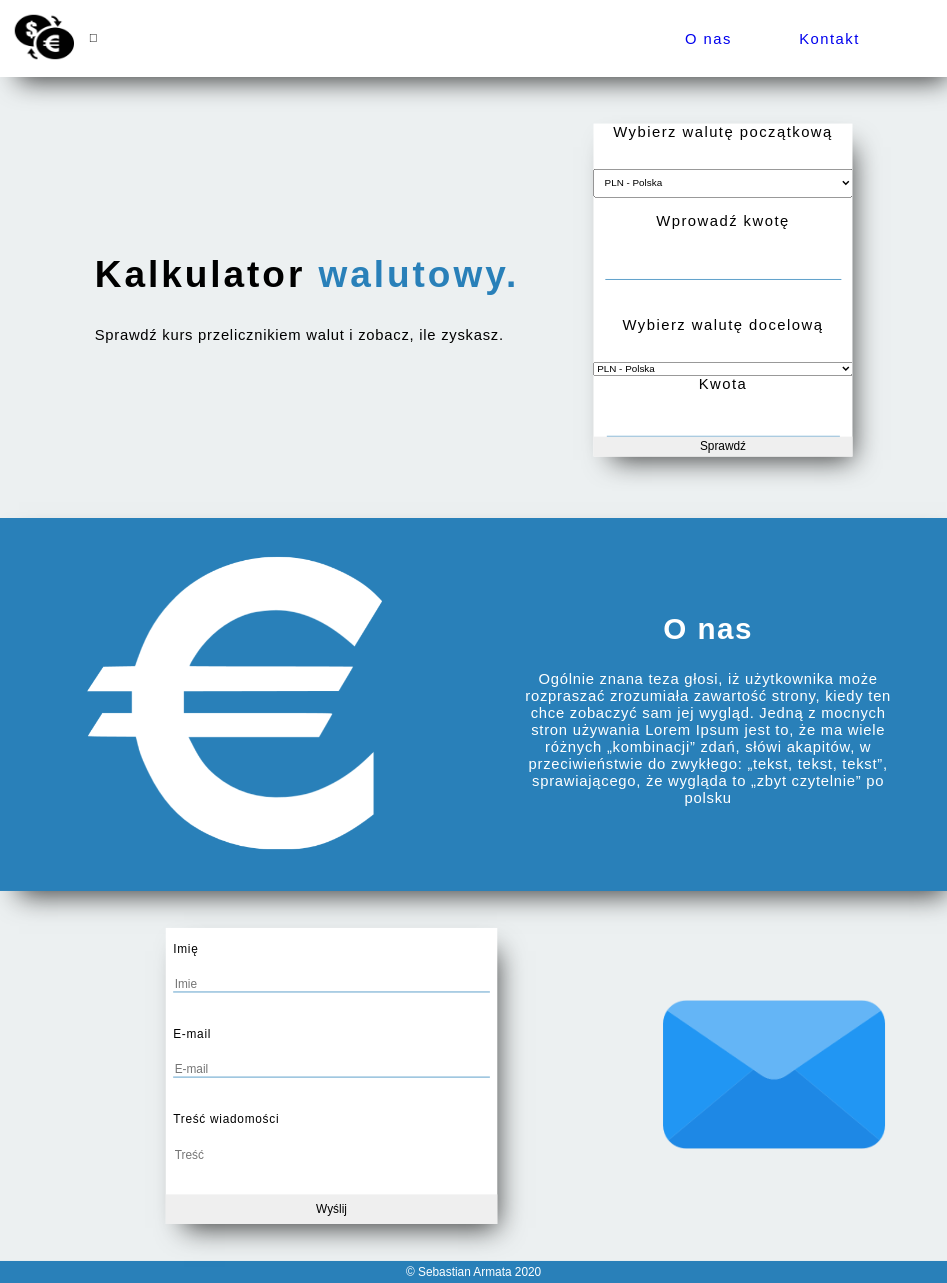
Repository: SebastianArmata22/Kalkulator-walut
Page: index.html
An editor plug-in stored every save of this project. The page is shown before and after the next save, followed by the edit.
The browser window is 1280 px wide. The pictures show the whole page, at 74% of full size.
Some web libraries are served in a nearby version.

Above is the page before, as saved 2020-11-21 16:49:01.

### index.html
<!DOCTYPE html>

<html>
    <head>
        <meta charset="utf-8">
        <meta http-equiv="X-UA-Compatible" content="IE=edge">
        <title>Kalkulator walut</title>
        <meta name="description" content="">
        <meta name="viewport" content="width=device-width, initial-scale=1">
        <link rel="stylesheet" href="style.css">
        <link rel="stylesheet" href="https://cdnjs.cloudflare.com/ajax/libs/font-awesome/4.7.0/css/font-awesome.min.css">
        <script src="https://kit.fontawesome.com/1e3e93b5d4.js" crossorigin="anonymous"></script>
    </head>
    <body>

    <div class="container">
        <nav>
        <div class="menu-container">
            <div class="logo">
                <a href="#"><img src="./photos/logo.png"></a>
            </div>
            <i  class="fas fa-bars hamburger " onclick="showMenu()"></i>
            <div class="menu" id="menu">
                <ul>
                    <li id="qw" class="list"><a href="#about-us">O nas</a></li>
                    <li class="list"><a href="#contact">Kontakt</a></li>
                </ul>
            </div>
        </div>
        </nav>
        <section>
        <div class="main-content">
            <div class="calculator-content">
            <div class="text">
                <h1>Kalkulator <span>walutowy.</span></h1>
                <p>Sprawdź kurs przelicznikiem walut i zobacz, ile zyskasz.</p>
            </div>
            <div class="calculator ">
                <label for="inputNumber" class="text-label">Wybierz walutę początkową</label><br>
                <select name="list-currency" id="initialCurrency" class="list-currency">
                    <option value="PLN">PLN - Polska </option>
                    <option value="EUR">EUR - Unia Europejska</option>
                    <option value="GBP">GBP - W. Brytania</option>
                    <option value="CHF">CHF - Szwajcaria</option>
                    <option value="CZK">CZK - Czechy</option>
                  </select>
                <label for="inputNumber" class="text-label">Wprowadź kwotę</label><br>
                <input type="text" id="inputNumber">
                <label for="inputNumber" class="text-label">Wybierz walutę docelową</label><br>
                <select name="list-currency" id="targetCurrency">
                    <option value="PLN">PLN - Polska </option>
                    <option value="EUR">EUR - Unia Europejska</option>
                    <option value="GBP">GBP - W. Brytania</option>
                    <option value="CHF">CHF - Szwajcaria</option>
                    <option value="CZK">CZK - Czechy</option>
                  </select>
                <label for="outputNumber" class="text-label"> Kwota</label><br>
                <div id="outputNumber"></div>
                <button id="check" onclick="getData()">Sprawdź</button>
            </div>
        </div>
        <div class="about-us" id="about-us">
            <div class="photo-euro">
                <img src="./photos/euro-512.png">
            </div>
            <div class="abous-us-contact">
                <h1>O  nas</h1>
                <p>Ogólnie  znana  teza  głosi,  iż  użytkownika  może  rozpraszać  zrozumiała
                    zawartość  strony, kiedy ten chce zobaczyć sam jej wygląd.
                    Jedną z mocnych stron używania Lorem Ipsum jest to, że ma wiele różnych
                     „kombinacji” zdań, słówi akapitów, w przeciwieństwie do zwykłego: „tekst,
                        tekst,   tekst”,   sprawiającego,   że   wygląda   to   „zbyt   czytelnie”
                           po   polsku</p>
            </div>
        </div>
        </section>
        <div class="contact" id="contact">
            <div class="contact-form-container">
            <form class="contact-form" action="https://formspree.io/f/xqkgbkbb" method="POST">
                <label for="">Imię</label><br />
                <input class="name" type="text" placeholder="Imie" name="name"><br />
                <label for="">E-mail</label><br />
                <input class="email" type="email" placeholder="E-mail" name="_replyto"><br />
                <label for="">Treść wiadomości</label><br />
                <textarea class="text-area" name="message" placeholder="Treść"></textarea>
                <button class="">Wyślij</button>

            </form>
        </div>
            <div class="contact-img">
                <img src="./photos/email.png">
            </div>
        </div>
    </div>
    <footer>
        <div class="footer">
            <p>© Sebastian Armata 2020</p>
        </div>
    </footer>
    </div>
        <script src="script.js" ></script>
    </body>
</html>

### style.css
* {
    font-family: 'Robot', sans-serif !important;
}

h1 {
    font-weight: 800;
    font-size: 40px;
}

body{
    margin: 0;
    padding: 0;
    box-sizing: border-box;
}
.container{
    width: 100%;
}
.menu-container{
    position: relative;
    display: flex;
    align-items: center;
    box-shadow: 12px 18px 35px -13px rgba(0,0,0,0.75);
}
.logo img{
    position: relative;
    top: 0;
    left: 0;
    height: 60px;
    width: 80px;
    padding: 20px;
}
.menu{

    position: absolute;
    right: 0;
   margin-right: 50px;
}
.menu ul li{
    display: inline-flex;
    justify-content: space-around;
}

.menu ul li a{
    display: flex;
    text-decoration: none;
    height: 50px;
    width: 100px;
    align-items: center;
    font-size: 20px;
    letter-spacing: 2px;
    margin-right: 50px;
}

.menu ul li a:hover{
    border-bottom: 5px solid #2980b9;
    margin-bottom: -5px;
    transition: all 0.3s ease-out;

}
.hamburger{
    display: none;
}
.main-content{
    display: flex;
    align-items: center;
    justify-content: center;
    flex-wrap: wrap;
    background-color:#ecf0f1 ;
}
.calculator-content{
    width: 80%;
    min-height: 80vh;
    display: flex;
    align-items: center;
    justify-content:space-between;
}
.calculator{
    display: flex;
    flex-direction: column;
    box-shadow: 12px 18px 35px -13px rgba(0,0,0,0.75);
    height: 450px;
    width: 350px;
    text-align: center;
    background-color: white;
}
.text h1{
    font-size: 50px;
    letter-spacing: 4px;
    flex-wrap: wrap;
}
.text p{
    font-size: 20px;
    letter-spacing: 1px;
    flex-wrap: wrap;


}
#outputNumber{
    width: 90%;
    height: 30px;
    border-bottom: 1px solid #2980b9;
    margin: auto;
    margin-top: 0;

}
.calculator button{
    height: 40px;
    border-style: none;
    font-size: 16px;
}
.calculator button:hover{
    background-color: #2980b9;
    color: white;
    transition: all 0.3s ease-out;
    cursor: pointer ;
}
.calculator input[type=text]{
    border-style: none;
    height: 40px;
    border-bottom: 1px solid #2980b9;
    width: 90%;
    margin: auto;
    margin-top: 0px;
    margin-bottom: 50px;
}
.text-label{
    margin-bottom: 20px;
    font-size: 20px;
    letter-spacing: 2px;
}
.list-currency{
    margin-bottom: 20px;
    padding: 10px;
}

.text span{
    color: #2980b9;
}
.about-us{
    display: flex;
    justify-content: space-around;
    align-items: center;
    margin-top: 20px;
    text-align: center;
    background-color: #2980b9;
    box-shadow: 12px 18px 35px -13px rgba(0,0,0,0.75);
    flex-wrap: wrap;
}
.about-us img{
    height: 400px;
}
.abous-us-contact{
    width: 40%;
}
.abous-us-contact h1{
    letter-spacing: 2px;
    font-size: 40px;
    color: white;
}
.abous-us-contact p{
    font-size: 20px;
    letter-spacing: 1px;
    color: white;

}
.photo-euro{
    padding: 50px;
}
.contact{
    display: flex;
    align-items: center;
    padding: 50px 0 50px 0;
    background-color:#ecf0f1 ;

}
.contact-form{
    display: flex;
    flex-direction: column;
    box-shadow: 12px 18px 35px -13px rgba(0,0,0,0.75);
    width: 50%;
    height: 400px;
    position: relative;
    text-align: left;
    letter-spacing: 1px;
    background-color: white;

}
.contact-form input {
    margin: 10px;
    border-style: none;
    border-bottom: 1px solid #2980b9;
    font-size: 16px;

}
.contact-form textarea
{
    margin: 10px;
    height: 100px;
    border-style: none;
    border-bottom: 1px solid #2980b9;
    font-size: 16px;
    resize: none;
}
.contact-form label {
    margin: 20px 0 0 10px;
}
.contact-form button{
position: absolute;
bottom: 0;
width: 100%;
height: 40px;
border-style: none;
font-size: 16px;
}
.contact-form button:hover{
    background-color: #2980b9;
    color: white;
    transition: all 0.3s ease-out;
    cursor: pointer ;
}

.contact-form-container{
    width: 70%;
    display: flex;
    align-items: center;
    justify-content: center;
}
.contact-img img{
max-width: 300px;

}
.footer{
    display: flex;
    align-items: center;
    justify-content: center;
    background-color: #2980b9;
    color: white;
    height: 30px;
}

.btn{
     color: white;
     background-color: #2980b9 !important;
}

@media only screen and (max-width: 800px){

.menu-container{
        height: 70px;
        justify-content: flex-end;
    }
.logo{
        position: absolute;
        left: 1px;
    }
.calculator-content{
    width: 100%;
    align-items: center;
    justify-content: center;
    flex-wrap: wrap;
}
.text{
    text-align: center;

}
.text h1{
   font-size: 25px;
}
.text p{
    font-size: 16px;
 }
.about-us{
    flex-direction: column;
}
.abous-us-contact{
    width: 90%;
}
.contact-img{

 display: none;
}
.photo-euro img{
    width: 100px;
    height: 100px;

}
.photo-euro{
    padding: 10px;
}
.contact{
    flex-wrap: wrap;
}
.contact-form-container{
    width: 100%;
    flex-direction: column-reverse;
}
.contact-form{
    width: 90%;
}
.menu {
    display: none;
}
.hamburger{
    display: flex;
    justify-content: flex-end;
    margin-right: 20px;
}
.hamburger:hover{
   cursor: pointer;
}
}

.responsive{
    display: block;
}

### script.js
const inputCash= document.getElementById('inputNumber');
const outputCash=document.getElementById('outputNumber');
const initialCurrency=document.getElementById('initialCurrency');
const targetCurrency=document.getElementById('targetCurrency');

let choice;
const euro=4.62;
const dolar=3.93;
const frank=4.31;
choice='euro';

let getStartupCurrency=()=>{
    return `https://api.exchangeratesapi.io/latest?base=${initialCurrency.options[initialCurrency.selectedIndex].value}`;
}
function getData(){
    fetch(getStartupCurrency())
    .then(response => response.json())
    .then(response => {
        let currency=targetCurrency.options[targetCurrency.selectedIndex].value;
        let money;
        if(currency=='PLN')
            money=inputCash.value* response.rates.PLN;
        else if(currency=='EUR')
            money=inputCash.value* response.rates.EUR;
        else if(currency=='GBP')
            money=inputCash.value* response.rates.GBP;
        else if(currency=='CHF')
            money=inputCash.value* response.rates.CHF;
        else if(currency=='CZK')
            money=inputCash.value* response.rates.CZK;

        if(targetCurrency.options[targetCurrency.selectedIndex].value!=initialCurrency.options[initialCurrency.selectedIndex].value)
        outputCash.innerHTML=Math.round(money*100)/100;
        else
        outputCash.innerHTML=inputCash.value;
    })
}

function showMenu()
{
const menu=document.getElementsByClassName("list");
}

After the next save:
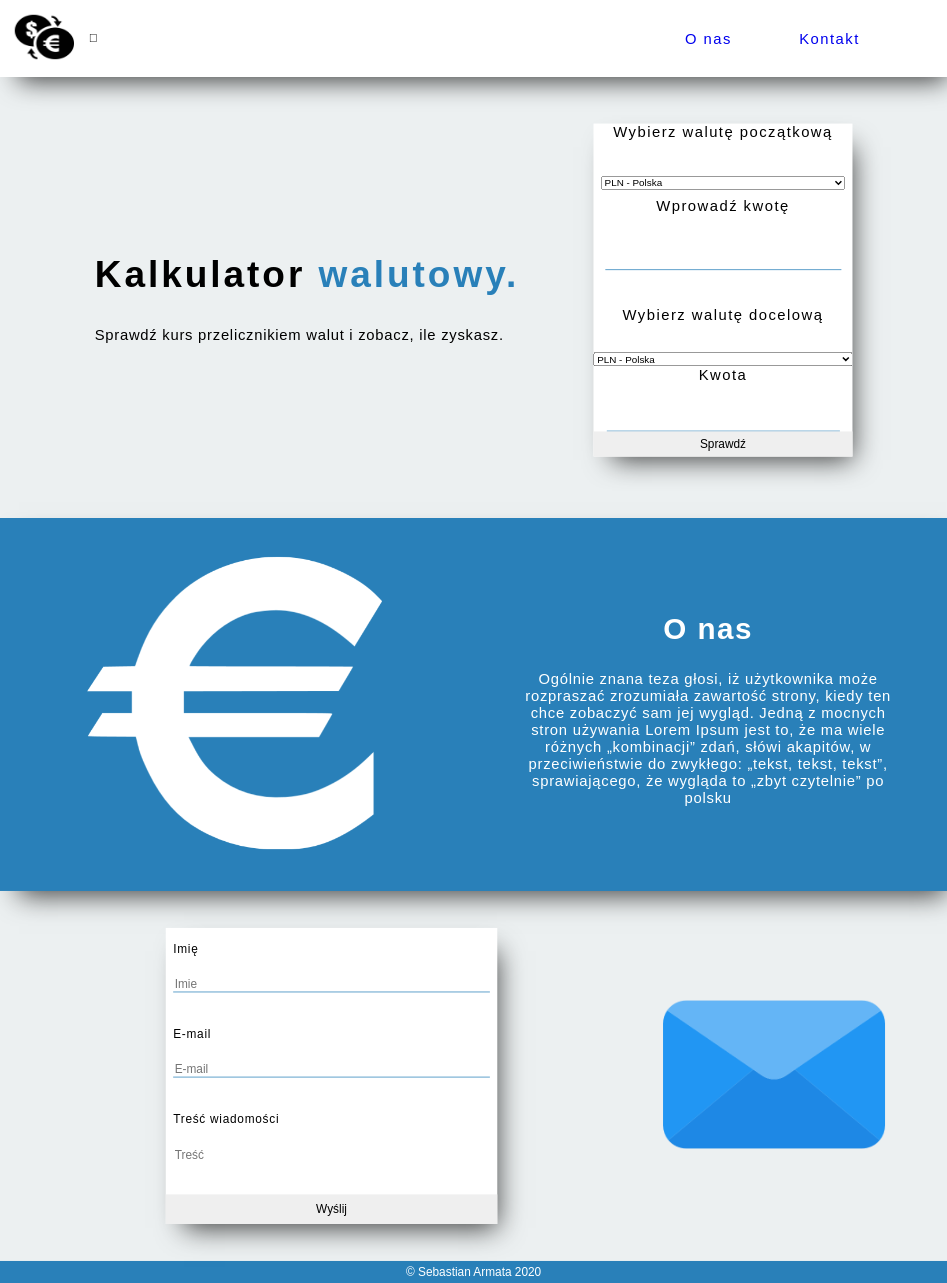
Saved 18 s later.
--- a/style.css
+++ b/style.css
@@ -130,7 +130,7 @@ body{
 }
 .list-currency{
     margin-bottom: 20px;
-    padding: 10px;
+    margin: 10px;
 }
 
 .text span{
